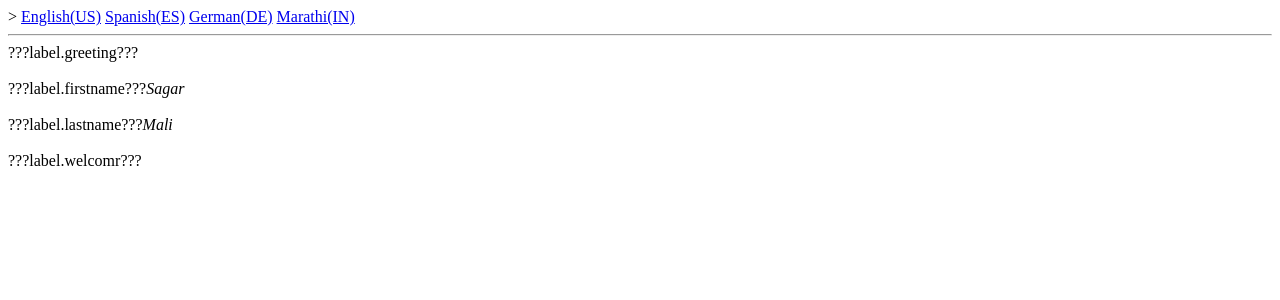
Repository: Mali-Sagar-A/Advance_Web_Java
Page: http://localhost/tagDemo/index.jsp?theLocale=en_US
The author's editor kept a copy of each file at every save. The page is drawn from the files as they stood at one save, then again after the next save.
The browser window is 1280 px wide. The pictures show the whole page.
The page is served by Tomcat 10.

Above is the page before, as saved 2025-05-19 11:39:08.

### tagDemo/src/main/webapp/index.jsp
<%@ page language="java" contentType="text/html; charset=UTF-8"
    pageEncoding="UTF-8"%>

    <%@ taglib uri="jakarta.tags.core" prefix="c" %>
    <%@ taglib uri="jakarta.tags.fmt" prefix="fmt" %>
<!DOCTYPE html>
<html>
<head>
<meta charset="UTF-8">
<title>Insert title here</title>
<c:set var="theLocale" value="${not empty param.thelocale ?
param.theLocale : pageContext.request.locale} "/>

<!--
param.theLocale - Red the Locale param sent by Link
pageContent.request.local - Read the Locale sent by browser HTTP request

  -->>

<fmt:setLocale value="${theLocale}"/>
<fmt:setBundle basename="com.app.jsp.tagDemo.i18n.resources.mylabels"/>

</head>
<body>

<a href="index.jsp?theLocal=en_US">English(US)</a>
<a href="index.jsp?theLocal=es_ES">Spanish(ES)</a>
<a href="index.jsp?theLocal=de_DE">German(DE)</a>
<a href="index.jsp?theLocal=mr_IN">Marathi(IN)</a>

<hr>

<fmt:message key="label.greeting"/><br><br>
<fmt:message key="label.firstname"/><i>Sagar</i><br><br>
<fmt:message key="label.lastname"/><i>Mali</i><br><br>
<fmt:message key="label.welcomr"/><br><br>

</body>
</html>

After the next save:
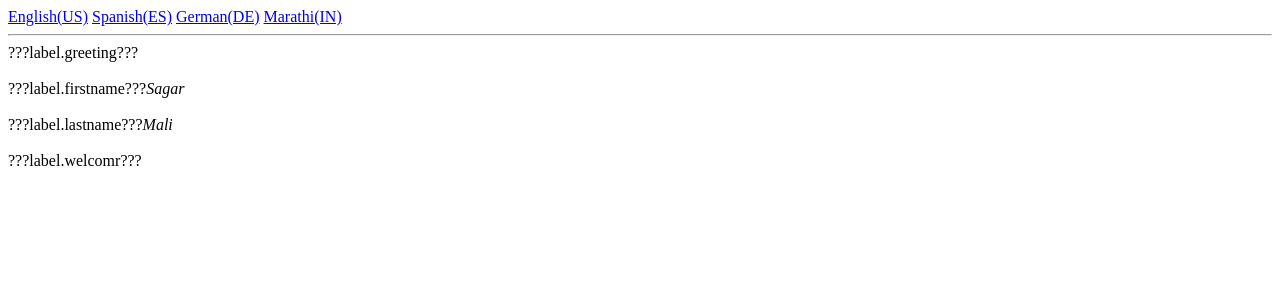
Saved 2 min 23 s later.
--- a/tagDemo/src/main/webapp/index.jsp
+++ b/tagDemo/src/main/webapp/index.jsp
@@ -15,7 +15,7 @@ param.theLocale : pageContext.request.locale} "/>
 param.theLocale - Red the Locale param sent by Link
 pageContent.request.local - Read the Locale sent by browser HTTP request
 
-  -->>
+  -->
 
 <fmt:setLocale value="${theLocale}"/>
 <fmt:setBundle basename="com.app.jsp.tagDemo.i18n.resources.mylabels"/>
